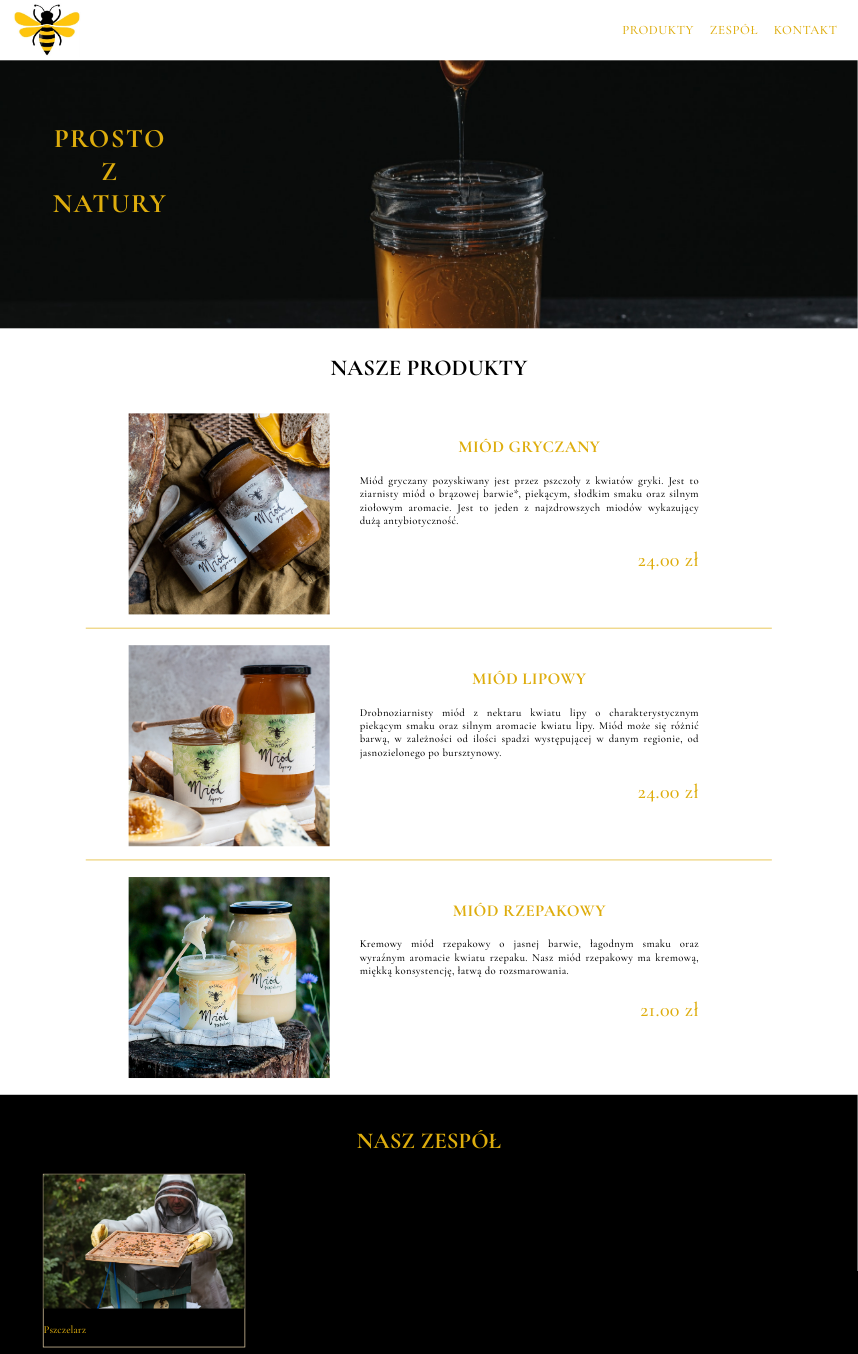
Repository: rucpata/company_page_honey
Page: index.html
The author's editor kept a copy of each file at every save. The page is drawn from the files as they stood at one save, then again after a run of saves.
The browser window is 1280 px wide. The pictures show the whole page, at 67% of full size.

Above is the page before, as saved 2021-01-15 17:07:06.

After the next 2 saves:
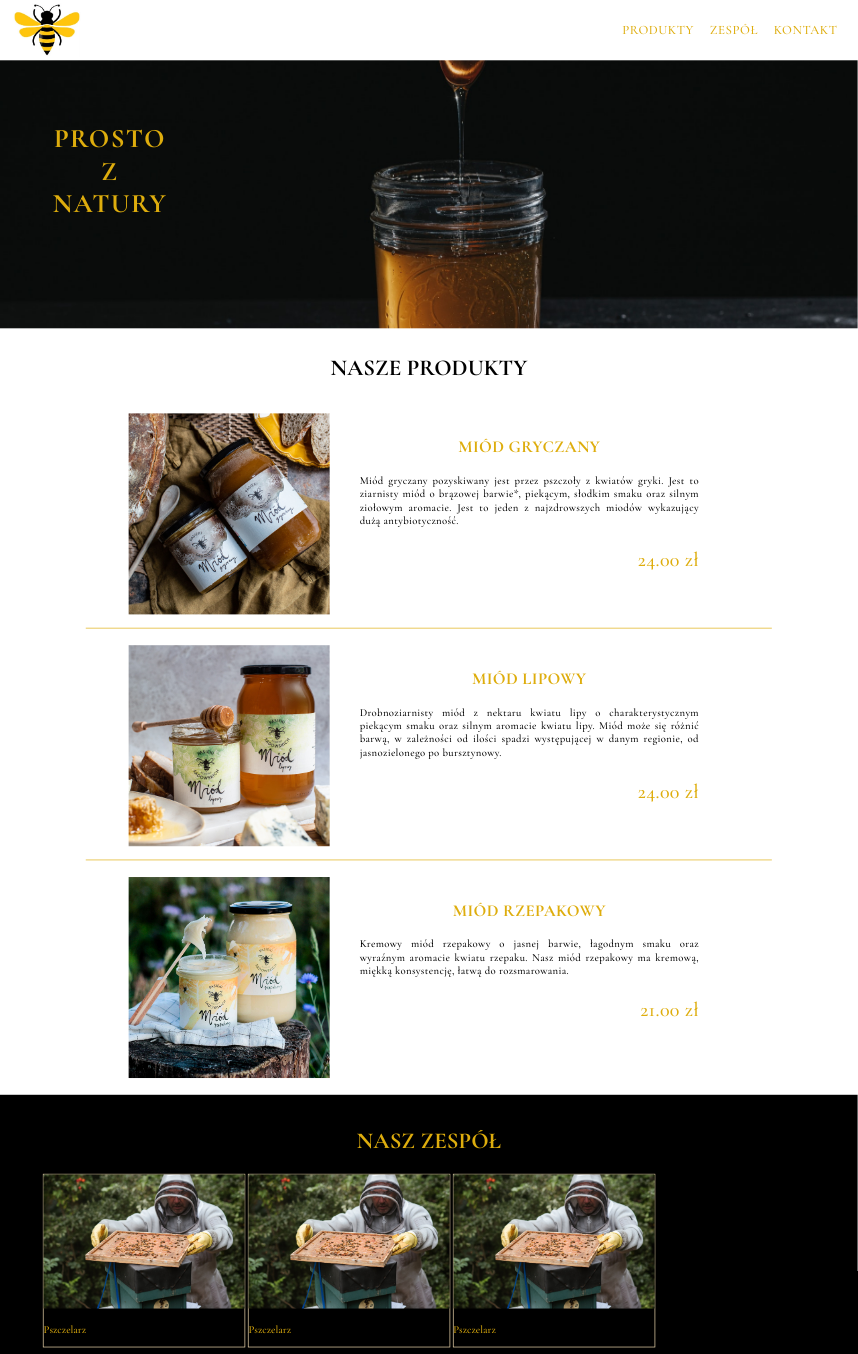
The 2 saves are shown as one change because they came seconds apart.
The last was saved 2 s later.
--- a/index.html
+++ b/index.html
@@ -67,6 +67,21 @@
           </div>
         </div>
 
+        <div class='person'>
+          <img src='./img/person1.jpg' alt='team'>
+          <div class='person-name'>
+            <p>Pszczelarz</p>
+            <p></p>
+          </div>
+        </div>
+
+        <div class='person'>
+          <img src='./img/person1.jpg' alt='team'>
+          <div class='person-name'>
+            <p>Pszczelarz</p>
+            <p></p>
+          </div>
+        </div>
       </section>
       <footer>
 
